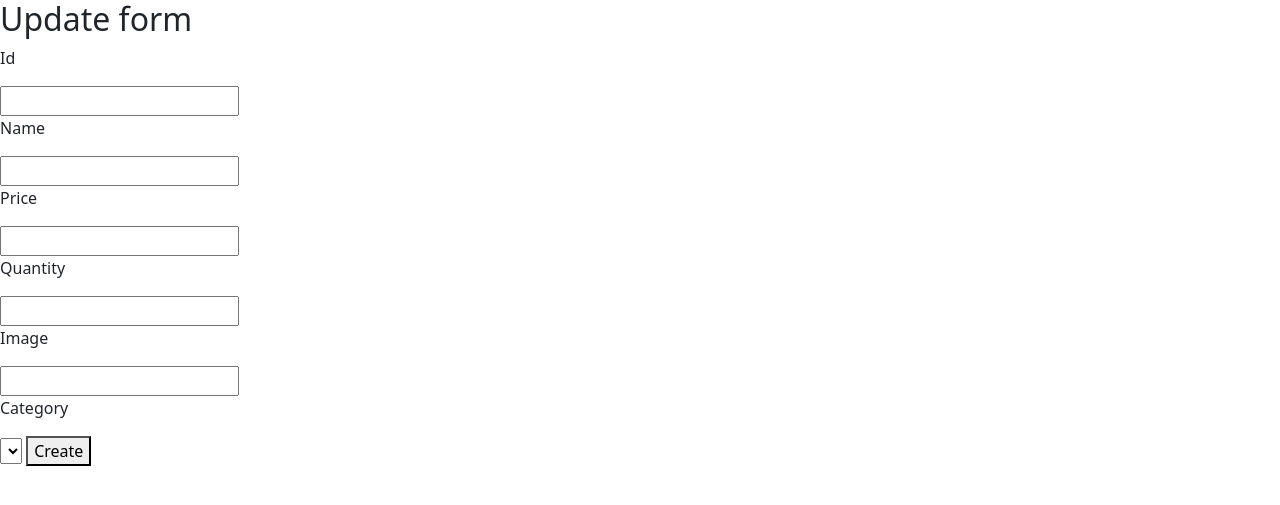
Repository: hongquan16101995/servlet-jw0124
Page: http://localhost/demo/products?action=updateGet&id=1
The author's editor kept a copy of each file at every save. The page is drawn from the files as they stood at one save, then again after the next save.
The browser window is 1280 px wide. The pictures show the whole page.
The page is served by Tomcat 9.

Above is the page before, as saved 2024-05-14 12:03:46.

After the next save:
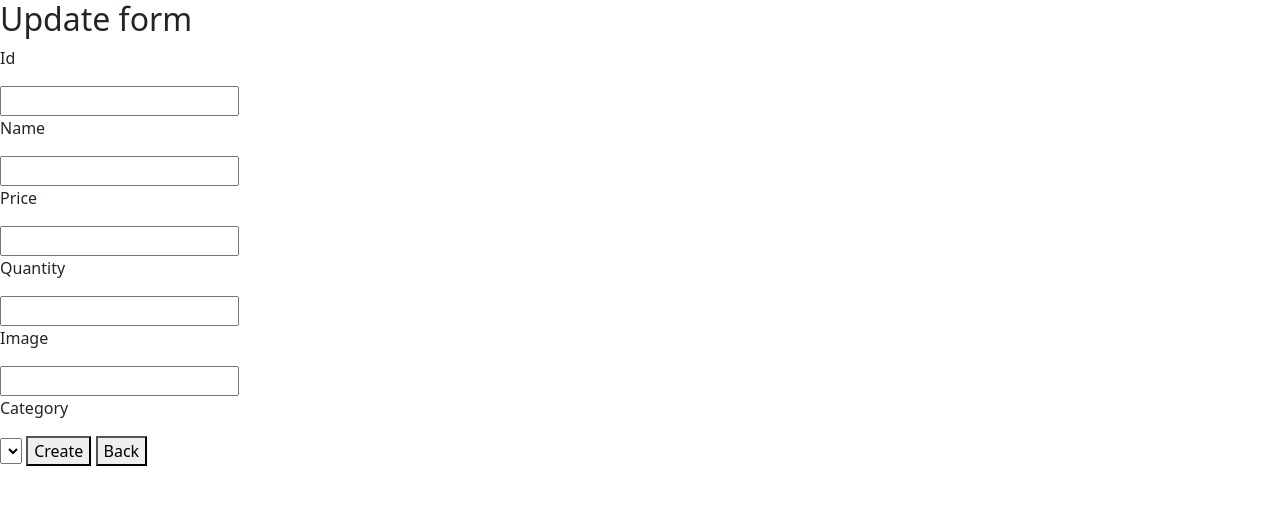
Saved 21 s later.
--- a/demo/src/main/webapp/product/update.jsp
+++ b/demo/src/main/webapp/product/update.jsp
@@ -29,6 +29,7 @@
 		</c:forEach>
 	</select>
 	<button type="submit">Create</button>
+	<a href="/demo/products"><button>Back</button></a>
 </form>
 </body>
 </html>
